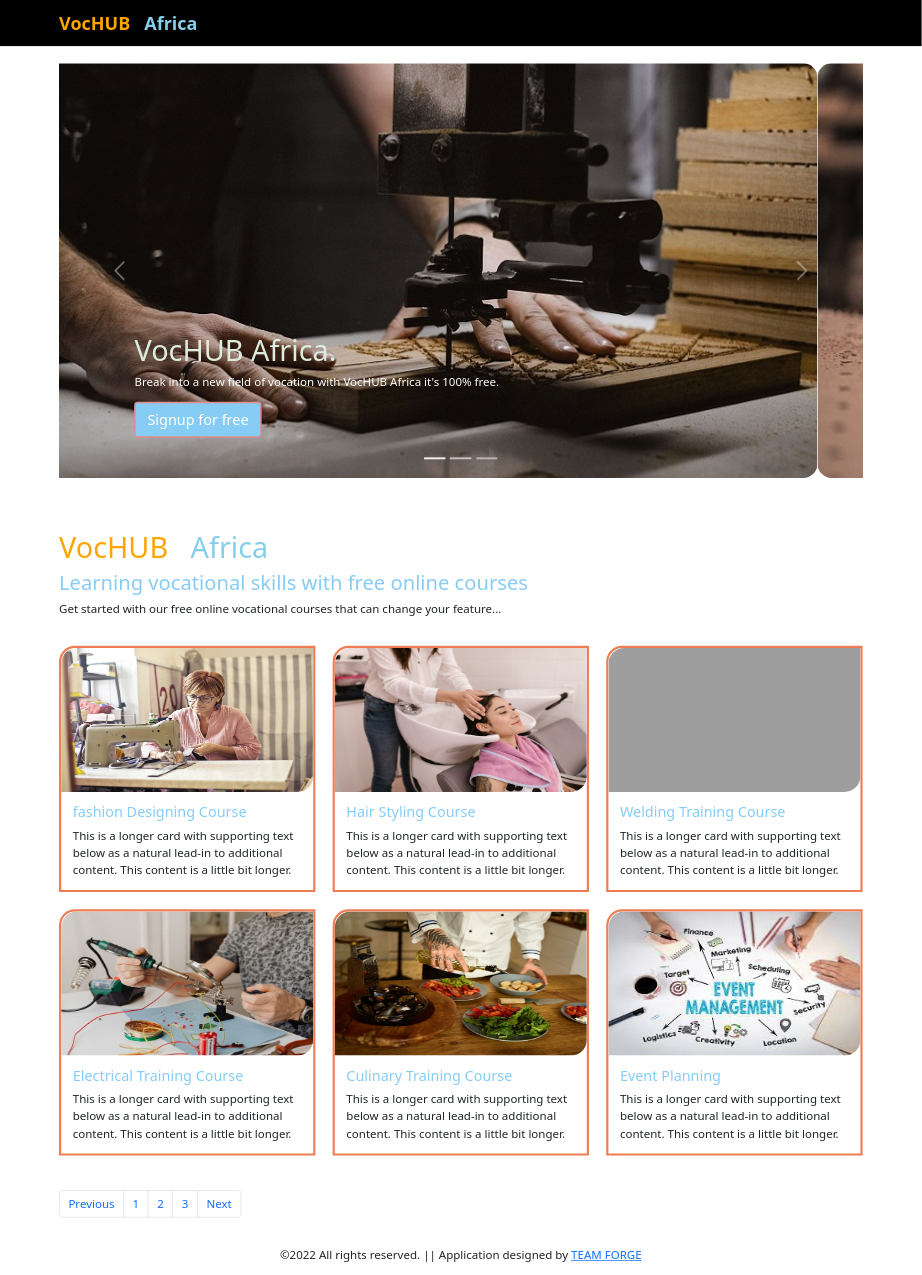
Repository: EKem01/VocHUB-Africa-Project
Page: / (app in client/)
The author's editor kept a copy of each file at every save. The page is drawn from the files as they stood at one save, then again after the next save.
The browser window is 1280 px wide. The pictures show the whole page, at 72% of full size.
Pictures or frames that could not be fetched are drawn as grey boxes. The project was rebuilt for these pictures with package versions that can differ from the ones it lists, and the page was loaded fresh each time. Also part of the build but not shown: client/angular.json, client/src/app/components/login/login.component.ts, client/src/app/components/register/register.component.ts, client/src/app/components/courses/fashion-designing/fashion-designing.component.ts, client/src/app/components/courses/hair-styling/hair-styling.component.ts, client/src/app/components/dashboard/dashboard.component.ts, client/src/app/components/logout/logout.component.ts, client/src/app/components/mentorship/mentorship.component.ts.

Above is the page before, as saved 2022-06-14 00:07:48.

### client/src/index.html
<!doctype html>
<html lang="en">
<head>
  <meta charset="utf-8">
  <title>Vochub-Africa</title>
  <base href="/">
  <link href="https://cdn.jsdelivr.net/npm/bootstrap@5.0.2/dist/css/bootstrap.min.css" rel="stylesheet" integrity="sha384-EVSTQN3/azprG1Anm3QDgpJLIm9Nao0Yz1ztcQTwFspd3yD65VohhpuuCOmLASjC" crossorigin="anonymous">
  <meta name="viewport" content="width=device-width, initial-scale=1">
  <link rel="icon" type="image/x-icon" href="favicon.ico">
</head>
<body>
  <app-root></app-root>
  <script src="https://code.jquery.com/jquery-3.6.0.js" integrity="sha256-H+K7U5CnXl1h5ywQfKtSj8PCmoN9aaq30gDh27Xc0jk=" crossorigin="anonymous"></script>
  <script src="https://cdn.jsdelivr.net/npm/bootstrap@5.0.2/dist/js/bootstrap.bundle.min.js" integrity="sha384-MrcW6ZMFYlzcLA8Nl+NtUVF0sA7MsXsP1UyJoMp4YLEuNSfAP+JcXn/tWtIaxVXM" crossorigin="anonymous"></script>
</body>
</html>

### client/src/app/app.module.ts
import { NgModule } from '@angular/core';
import { FormsModule } from '@angular/forms';
import { BrowserModule } from '@angular/platform-browser';
import { AppRoutingModule } from './app-routing.module';
import { AppComponent } from './app.component';
import { NavbarComponent } from './components/navbar/navbar.component';
import { HomeComponent } from './components/home/home.component';
import { LoginComponent } from './components/login/login.component';
import { RegisterComponent } from './components/register/register.component';
import { NgbModule } from '@ng-bootstrap/ng-bootstrap';
import { HttpClientModule } from '@angular/common/http';
import { FashionDesigningComponent } from './components/courses/fashion-designing/fashion-designing.component';
import { HairStylingComponent } from './components/courses/hair-styling/hair-styling.component';
import { DashboardComponent } from './components/dashboard/dashboard.component';
import { LogoutComponent } from './components/logout/logout.component';
import { MentorshipComponent } from './components/mentorship/mentorship.component';

@NgModule({
  declarations: [
    AppComponent,
    NavbarComponent,
    HomeComponent,
    LoginComponent,
    LogoutComponent,
    RegisterComponent,
    FashionDesigningComponent,
    HairStylingComponent,
    DashboardComponent,
    LogoutComponent,
    MentorshipComponent
  ],
  imports: [
    BrowserModule,
    AppRoutingModule,
    FormsModule,
    NgbModule,
    HttpClientModule
  ],
  providers: [],
  bootstrap: [AppComponent]
})
export class AppModule { }

### client/src/app/app-routing.module.ts
import { RouterModule, Routes } from '@angular/router';
import { NgModule } from '@angular/core';
import { HomeComponent } from './components/home/home.component';
import { LoginComponent } from './components/login/login.component';
import { RegisterComponent } from './components/register/register.component';
import { FashionDesigningComponent } from './components/courses/fashion-designing/fashion-designing.component';
import { HairStylingComponent } from './components/courses/hair-styling/hair-styling.component';
import { DashboardComponent } from './components/dashboard/dashboard.component';




const appRoutes: Routes = [
    { path: '', component: HomeComponent},
    { path: 'register', component: RegisterComponent},
    { path: 'login', component: LoginComponent},
    { path: 'hair', component: HairStylingComponent},
    { path: 'fashion', component: FashionDesigningComponent},
    { path: 'dashboard', component: DashboardComponent}
    //{ path: '', redirectTo: '/home', pathMatch: 'full' },
    //{ path: '**', component: NotFoundComponent }
  ]

@NgModule({
    declarations: [],
    imports: [RouterModule.forRoot(appRoutes)],
    providers: [],
    bootstrap: [],
    exports: [RouterModule]
  })
  export class AppRoutingModule { }

### client/src/app/app.component.ts
import { Component } from '@angular/core';

@Component({
  selector: 'app-root',
  templateUrl: './app.component.html',
  styleUrls: ['./app.component.css']
})
export class AppComponent {
  title = 'vochub-elearning';
}

### client/src/app/components/navbar/navbar.component.html
<nav class="navbar navbar-expand-lg navbar-light mb-4" id="navhead">
    <div class="container">
        <a class="navbar-brand" routerLink="/"> <span style="color: orange;">VocHUB</span> &nbsp; <span style="color: skyblue;">Africa</span> </a>
        <button class="navbar-toggler" type="button" data-bs-toggle="collapse" data-bs-target="#navbarSupportedContent"
            aria-controls="navbarSupportedContent" aria-expanded="false" aria-label="Toggle navigation">
            <span class="navbar-toggler-icon"></span>
        </button>
        <div class="collapse navbar-collapse" id="navbarSupportedContent">
            <ul class="navbar-nav me-auto mb-2 mb-lg-0"> </ul>
            <ul class="nav navbar-nav navbar-right">
              <li><a class="nav-link" id="blue" aria-current="page" routerLink="/">Home</a></li>
              <li class="nav-item dropdown">
                  <a class="nav-link dropdown-toggle" href="#" id="navbarDropdown" role="button" data-bs-toggle="dropdown" aria-expanded="false">
                    Courses
                  </a>
                  <ul class="dropdown-menu" aria-labelledby="navbarDropdown">
                    <li><a class="dropdown-item" routerLink="/fashion">Fashion Designing</a></li>
                    <li><a class="dropdown-item" routerLink="/hair">Hair Styling</a></li>
                    <li><a class="dropdown-item" routerLink="/course">Arts and craft</a></li>
                    <li><a class="dropdown-item" routerLink="/course">Electrician</a></li>
                    <li><a class="dropdown-item" routerLink="course">Welding</a></li>
                    <li><a class="dropdown-item" routerLink="/course">Graphic Designing</a></li>
                    <li><a class="dropdown-item" routerLink="/course">Culinary Arts</a></li>
                    <li><a class="dropdown-item" routerLink="/course">Event planning</a></li>
                  </ul>
                </li>
                <li><a class="nav-link" routerLink="/mentorship">Mentorship</a></li>
                <li><a class="nav-link" routerLink="/login">Login</a></li>
                <li><a class="nav-link" routerLink="/register">Register</a></li>
            </ul>
        </div>
    </div>
  </nav>

  <div class="container">
    <router-outlet></router-outlet>
  </div>
  <br>

  <footer class="text-center">
    <div class="container">
      <p>&copy;2022 All rights reserved. || Application designed by <a href="#">TEAM FORGE</a></p>
    </div>
  </footer>

### client/src/app/components/navbar/navbar.component.css
.navbar {
  background: black;
}
button {
  border-radius: 10px;
}
.container .navbar-brand {
  font-weight: 700;
}
.navbar-brand {
  color: #0096ff;
  font-size: 25px;
}

### client/src/app/components/home/home.component.html
<div id="myCarousel" class="carousel slide" data-bs-ride="carousel">
  <div class="carousel-indicators">
    <button type="button" data-bs-target="#myCarousel" data-bs-slide-to="0" class="active" aria-current="true"
      aria-label="Slide 1"></button>
    <button type="button" data-bs-target="#myCarousel" data-bs-slide-to="1" aria-label="Slide 2"></button>
    <button type="button" data-bs-target="#myCarousel" data-bs-slide-to="2" aria-label="Slide 3"></button>
  </div>
  <div class="carousel-inner">
    <div class="carousel-item active">
      <img src="assets/img/shevet.jpg" class="d-block w-100" alt="...">

      <div class="container">
        <div class="carousel-caption text-start">
          <h1>VocHUB Africa.</h1>
          <p >Break into a new field of vocation with VocHUB Africa it's 100% free.</p>
          <p><a class="btn btn-lg btn-primary course-btn" routerLink="/register">Signup for free</a></p>
        </div>
      </div>
    </div>
    <div class="carousel-item">
      <img src="assets/img/cley.jpg" class="d-block w-100" alt="...">

      <div class="container">
        <div class="carousel-caption text-start">
          <h1>Learn without limits.</h1>
          <p>Start your vocational career with more than 1,000 courses with VocHUB Africa.</p>
          <p><a class="btn btn-lg btn-primary course-btn" routerLink="/register">Learn more...</a></p>
        </div>
      </div>
    </div>
    <div class="carousel-item">
      <img src="assets/img/T1.jpg" class="d-block w-100" alt="...">

      <div class="container">
        <div class="carousel-caption text-start">
          <h1>Start leraning for free.</h1>
          <p>Free vocational online courses with VocHUB Africa.</p>
          <p><a class="btn btn-lg btn-primary course-btn" routerLink="/register">Courses</a></p>
        </div>
      </div>
    </div>
  </div>
  <button class="carousel-control-prev" type="button" data-bs-target="#myCarousel" data-bs-slide="prev">
    <span class="carousel-control-prev-icon" aria-hidden="true"></span>
    <span class="visually-hidden">Previous</span>
  </button>
  <button class="carousel-control-next" type="button" data-bs-target="#myCarousel" data-bs-slide="next">
    <span class="carousel-control-next-icon" aria-hidden="true"></span>
    <span class="visually-hidden">Next</span>
  </button>
</div>
<br>
<br>
<br>


<section class="courses">
  <h1> <span style="color: orange;">VocHUB</span> &nbsp; <span style="color: skyblue;">Africa</span> </h1>
  <h3>Learning vocational skills with free online courses</h3>
  <p>Get started with our free online vocational courses that can change your feature...</p><br>
  <div class="row row-cols-1 row-cols-md-3 g-4">
    <div class="col">
      <div class="card">
        <a routerLink="/fashion">
          <img src="assets/img/T2.jpg" class="card-img-top" alt="...">
        </a>
        <div class="card-body">
          <div class="course">
            <h5><a routerLink="/fashion">fashion Designing Course</a></h5>
          </div>
          <p class="card-text">This is a longer card with supporting text below as a natural lead-in to additional
            content. This content is a little bit longer.</p>
        </div>
      </div>
    </div>

    <div class="col">
      <div class="card">
        <a routerLink="/hair">
          <img src="assets/img/hair.jpg" class="card-img-top" alt="...">
        </a>
        <div class="card-body">
          <div class="course">
            <h5><a routerLink="/hair">Hair Styling Course</a></h5>
          </div>
          <p class="card-text">This is a longer card with supporting text below as a natural lead-in to additional
            content. This content is a little bit longer.</p>
        </div>
      </div>
    </div>
    <div class="col">
      <div class="card">
        <img src="assets/img/welding.jpg" class="card-img-top" alt="...">
        <div class="card-body">
          <div class="course">
            <h5><a routerLink="#">Welding Training Course</a></h5>
          </div>
          <p class="card-text">This is a longer card with supporting text below as a natural lead-in to additional
          content. This content is a little bit longer.</p>
        </div>
      </div>
    </div>
    <div class="col">
      <div class="card">
        <img src="assets/img/electric.jpg" class="card-img-top" alt="...">
        <div class="card-body">
          <div class="course">
            <h5><a routerLink="#">Electrical Training Course</a></h5>
          </div>
          <p class="card-text">This is a longer card with supporting text below as a natural lead-in to additional
          content. This content is a little bit longer.</p>
        </div>
      </div>
    </div>
    <div class="col">
      <div class="card">
        <img src="assets/img/culinary.jpg" class="card-img-top" alt="...">
        <div class="card-body">
          <div class="course">
            <h5><a routerLink="#">Culinary Training Course</a></h5>
          </div>
          <p class="card-text">This is a longer card with supporting text below as a natural lead-in to additional
          content. This content is a little bit longer.</p>
        </div>
      </div>
    </div>
    <div class="col">
      <div class="card">
        <img src="assets/img/event.jpg" class="card-img-top" alt="...">
        <div class="card-body">
          <div class="course">
            <h5><a routerLink="/fashion">Event Planning</a></h5>
          </div>
          <p class="card-text">This is a longer card with supporting text below as a natural lead-in to additional
            content.
            This content is a little bit longer.</p>
        </div>
      </div>
    </div>
  </div>
</section>
<br>
<br>

<section class="pagination">
  <nav aria-label="Page navigation example">
    <ul class="pagination">
      <li class="page-item"><a class="page-link" href="#">Previous</a></li>
      <li class="page-item"><a class="page-link" href="#">1</a></li>
      <li class="page-item"><a class="page-link" href="#">2</a></li>
      <li class="page-item"><a class="page-link" href="#">3</a></li>
      <li class="page-item"><a class="page-link" href="#">Next</a></li>
    </ul>
  </nav>
</section>

### client/src/app/components/home/home.component.css
img {
  width: 100%;
  height: 80vh;
}
.carousel-item img {
  border-radius: 20px;
  width: 100%;
  object-fit: cover;
}

.carousel-item h1 {
  color: #ddeddd;
}

.course-btn {
  background-color: rgb(134, 204, 245);
  border: 2px solid rgb(226, 140, 140);
}
.courses h1 {
  color: rgb(238, 125, 84);
}
.courses h3 {
  color: rgb(134, 204, 245);
}
.card {
  border-radius: 22px 0px 0 0;
  border: 3px solid rgb(238, 125, 84);
}
.card img {
  height: 200px;
  border-radius: 22px 0px;
}
.course a {
  text-decoration: none;
  color: rgb(134, 204, 245);
}

Loaded but not shown: client/src/styles.css (common file); client/src/main.ts (common file); client/src/environments/environment.ts (common file); client/src/app/components/navbar/navbar.component.ts (common file); client/src/app/components/home/home.component.ts (common file); client/src/app/app.component.html (common file); client/src/app/app.component.css (no stored copy; drawn as an empty file)

After the next save:
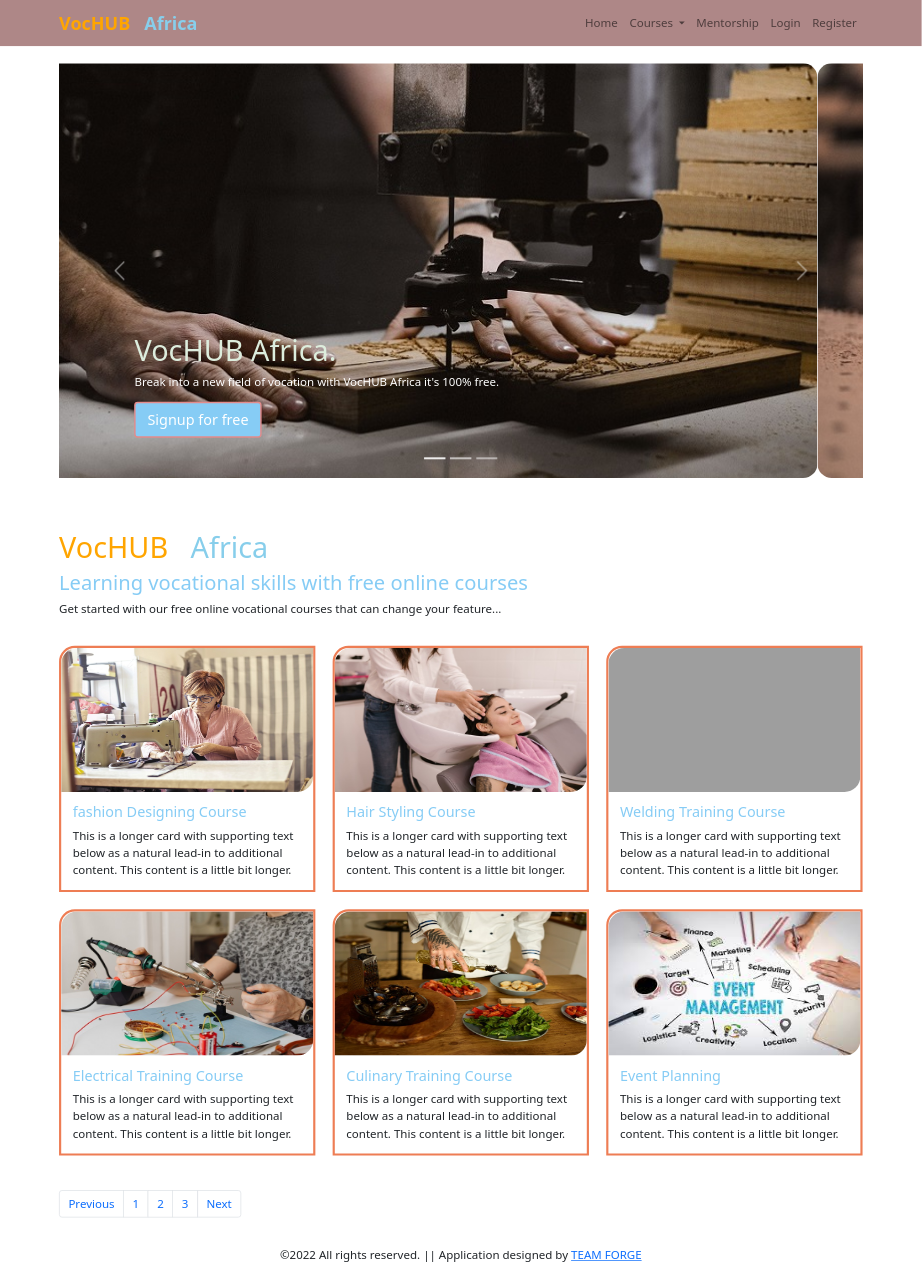
Saved 13 s later.
--- a/client/src/app/components/navbar/navbar.component.css
+++ b/client/src/app/components/navbar/navbar.component.css
@@ -1,5 +1,5 @@
 .navbar {
-  background: black;
+  background: rgb(174, 135, 135);
 }
 button {
   border-radius: 10px;

After the 3 saves that followed:
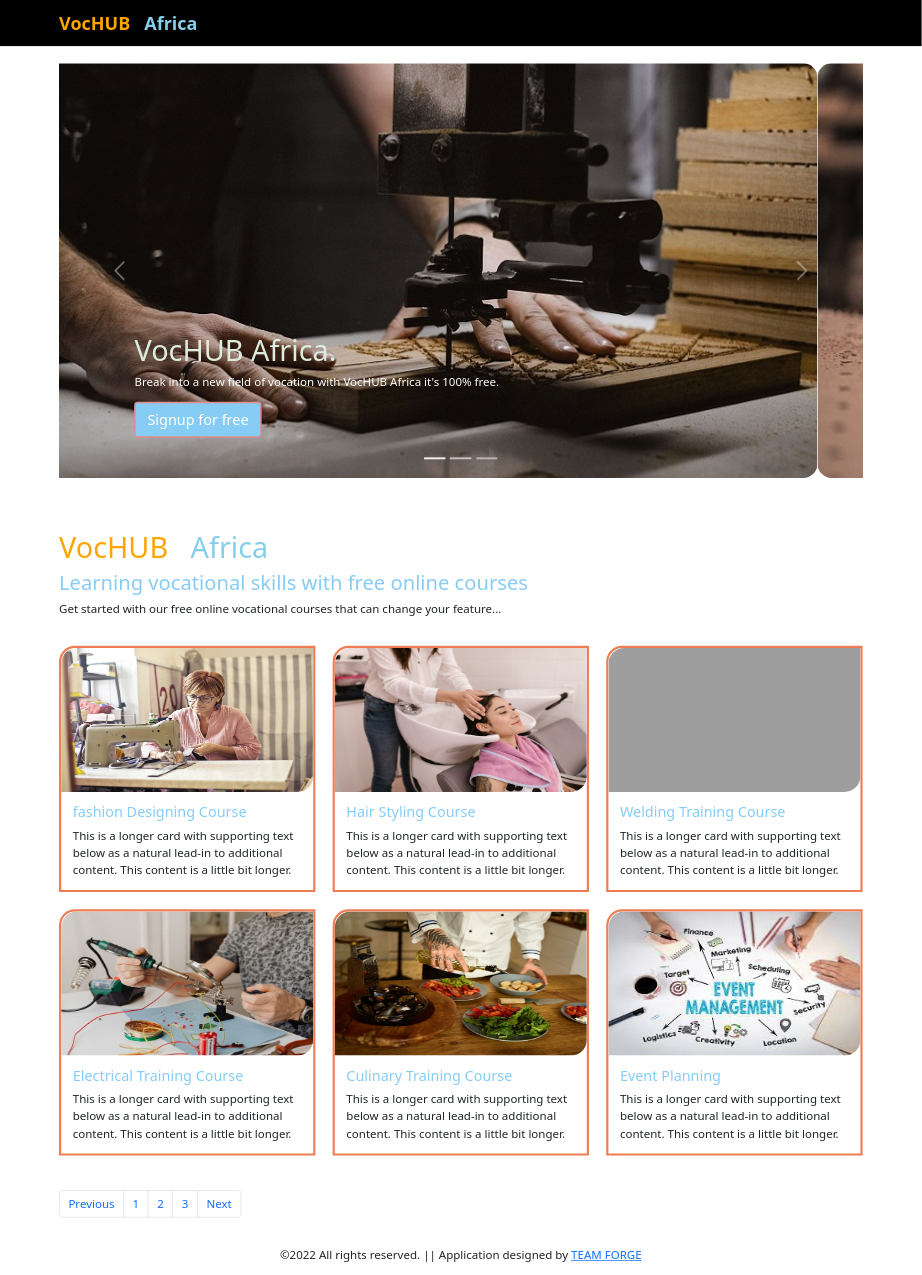
The 3 saves are shown as one change because 2 left the picture as it was.
The last was saved 32 s later.
--- a/client/src/app/components/navbar/navbar.component.css
+++ b/client/src/app/components/navbar/navbar.component.css
@@ -1,5 +1,6 @@
 .navbar {
-  background: rgb(174, 135, 135);
+  background: black;
+  color: white;
 }
 button {
   border-radius: 10px;
